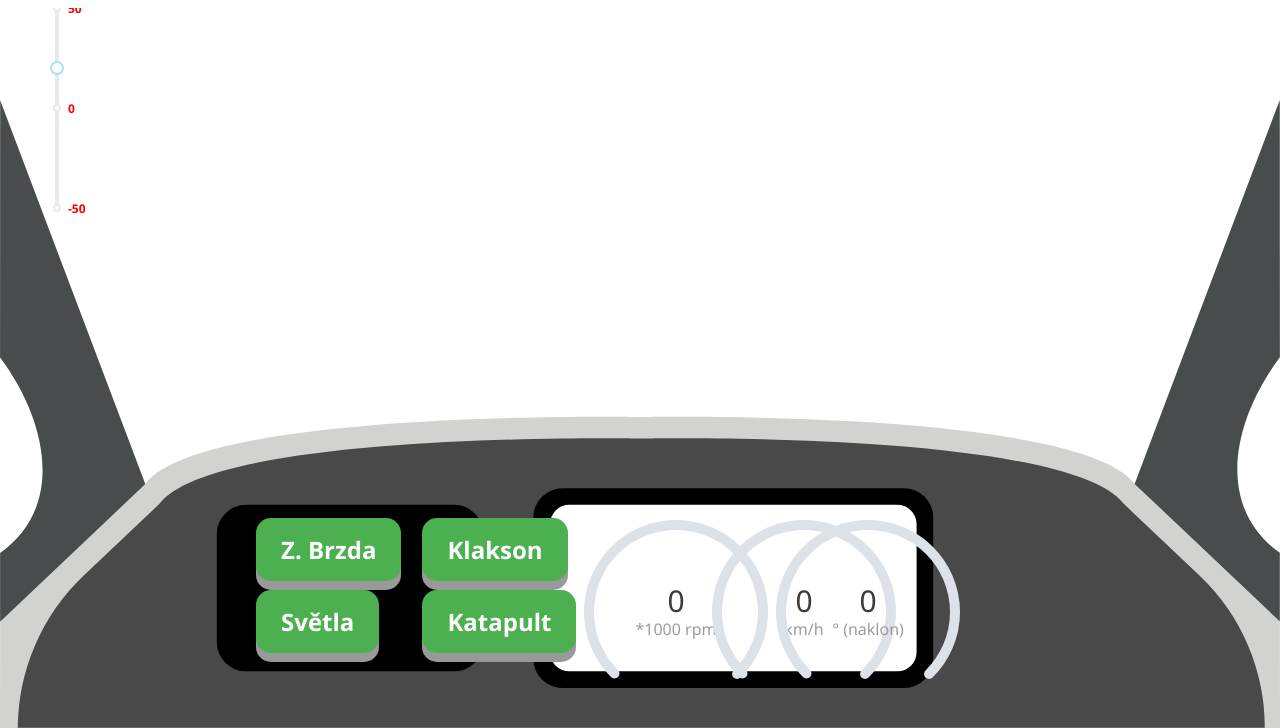
Repository: matyasvelc/train
Page: / (app in frontend/)
An editor plug-in stored every save of this project. The page is shown before and after the next save, followed by the edit.
The browser window is 1280 px wide. The pictures show the whole page.
The page's requests for data from a server got no answer. The project was rebuilt for these pictures with package versions that can differ from the ones it lists, and the page was loaded fresh each time. No one was signed in, and anything a server would have sent is missing.

Above is the page before, as saved 2022-04-04 16:56:19.

After the next save:
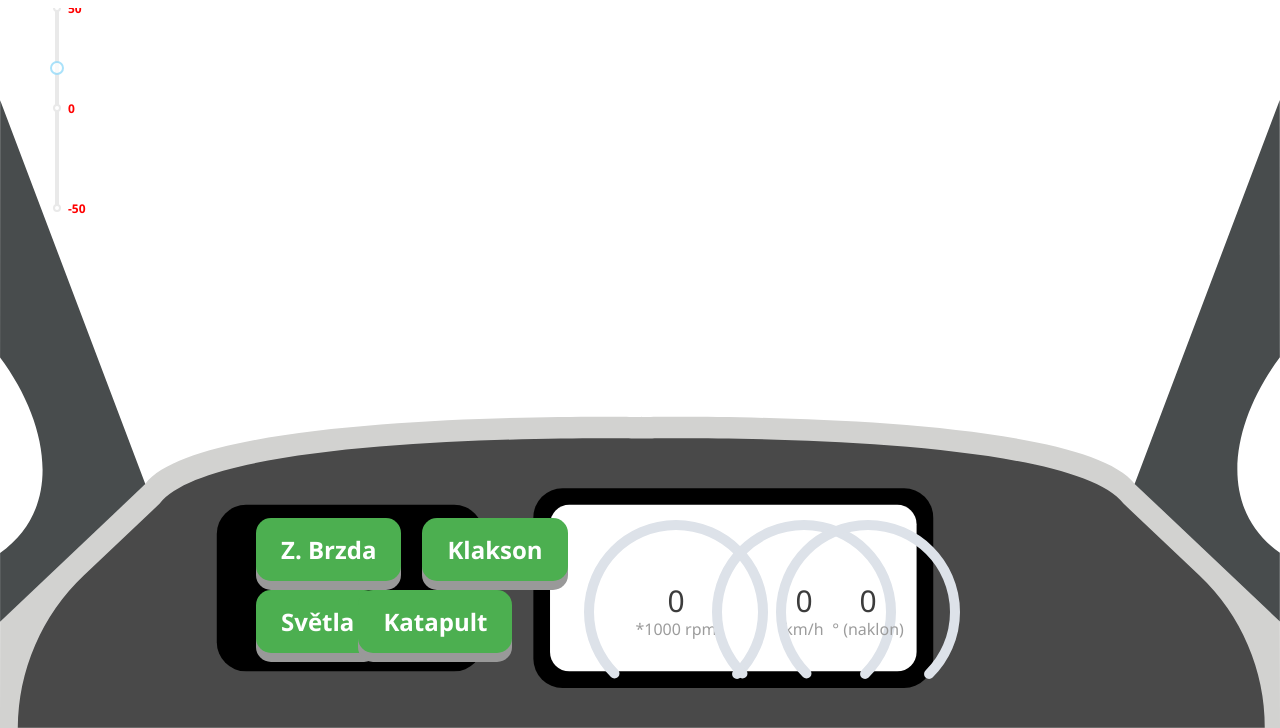
Saved 7 s later.
--- a/frontend/src/styles.css
+++ b/frontend/src/styles.css
@@ -75,7 +75,7 @@ body {
 .b{
   position: absolute;
   top: 82%;
-  left: 33%;
+  left: 28%;
 }
 .c{
   position: absolute;
